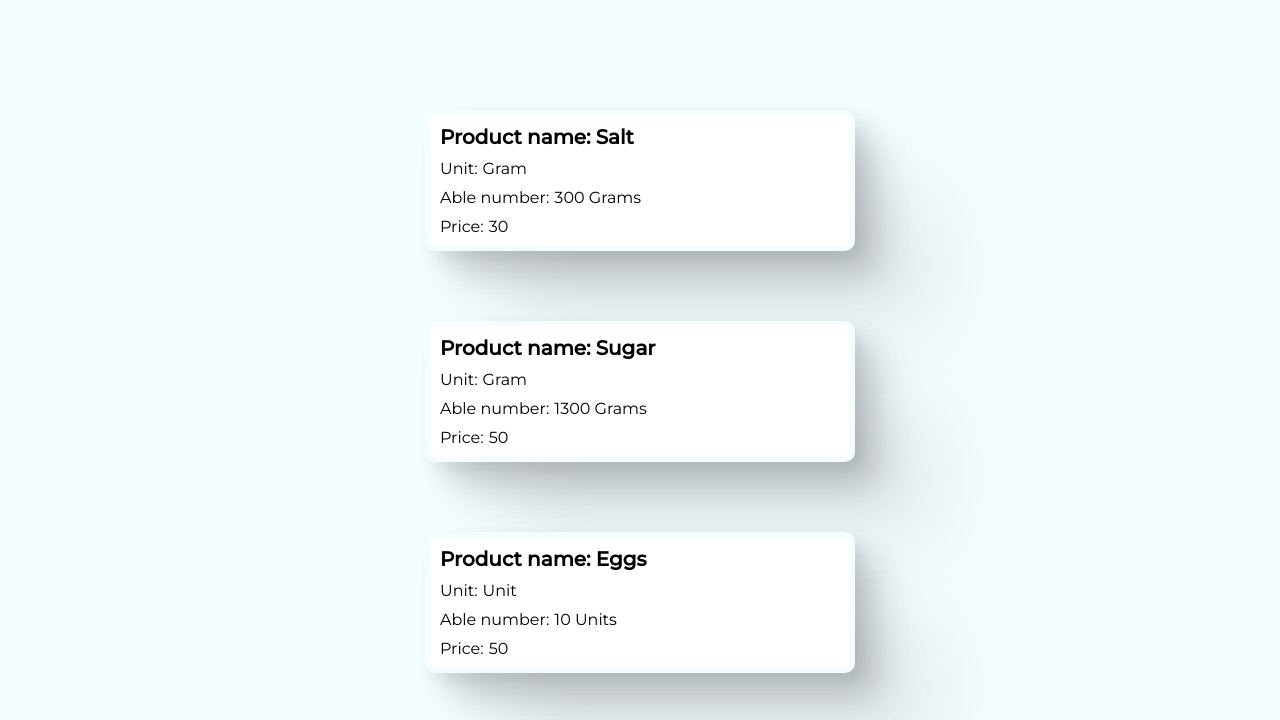
Repository: OlexandraKovach2/Vue
Page: / (app in vuexam/brila-exam/)
An editor plug-in stored every save of this project. The page is shown before and after the next save, followed by the edit.
The browser window is 1280 px wide. The pictures show the whole page.
The project was rebuilt for these pictures with package versions that can differ from the ones it lists, and the page was loaded fresh each time. Also part of the build but not shown: vuexam/brila-exam/vue.config.js.

Above is the page before, as saved 2022-11-08 22:00:43.

After the next save:
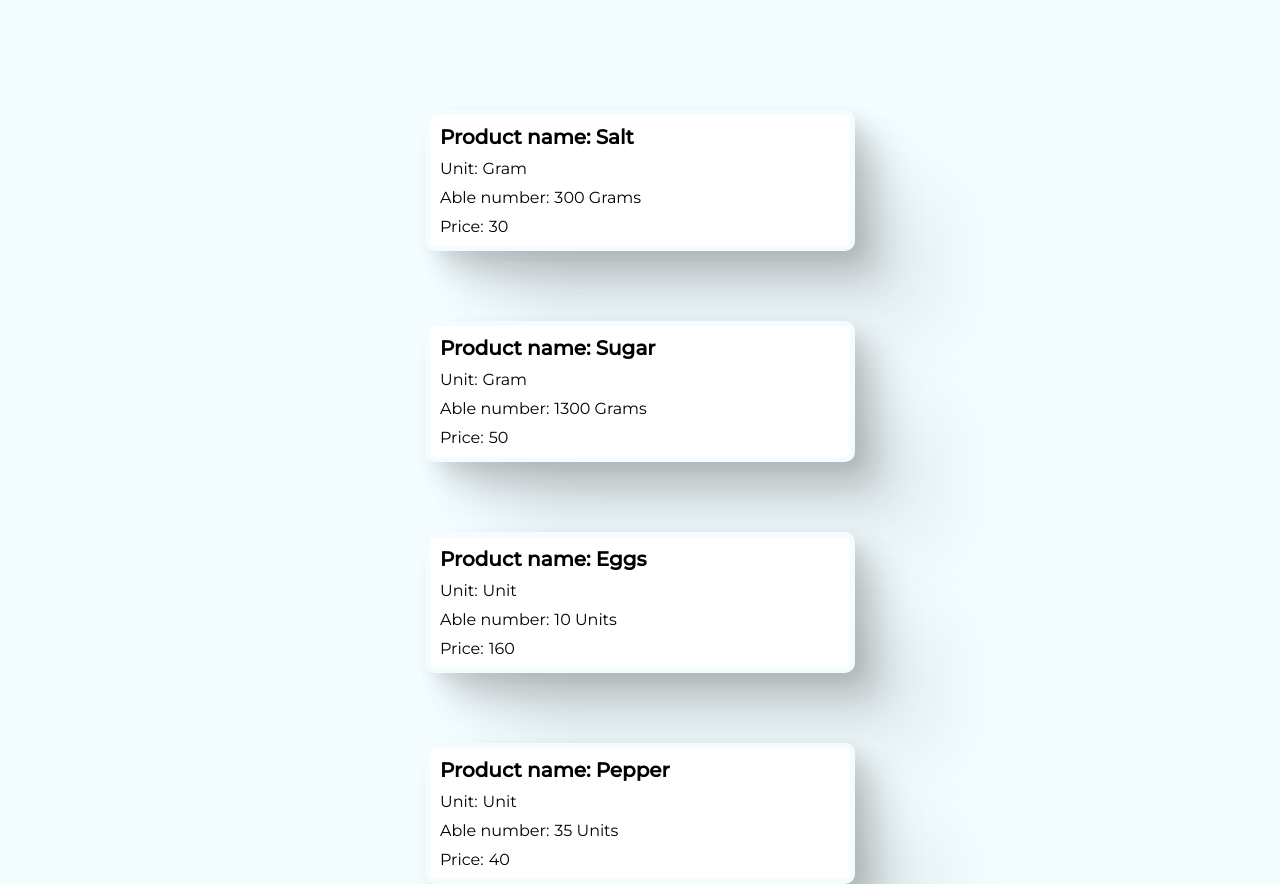
Saved 80 s later.
--- a/vuexam/brila-exam/src/store/index.js
+++ b/vuexam/brila-exam/src/store/index.js
@@ -22,7 +22,14 @@ const store = createStore({
                 name: "Eggs",
                 unit: "Unit",
                 count: "10",
-                cost: 50
+                cost: 160
+            },
+            {
+                id: 4,
+                name: "Pepper",
+                unit: "Unit",
+                count: "35",
+                cost: 40
             }
         ]
     },
